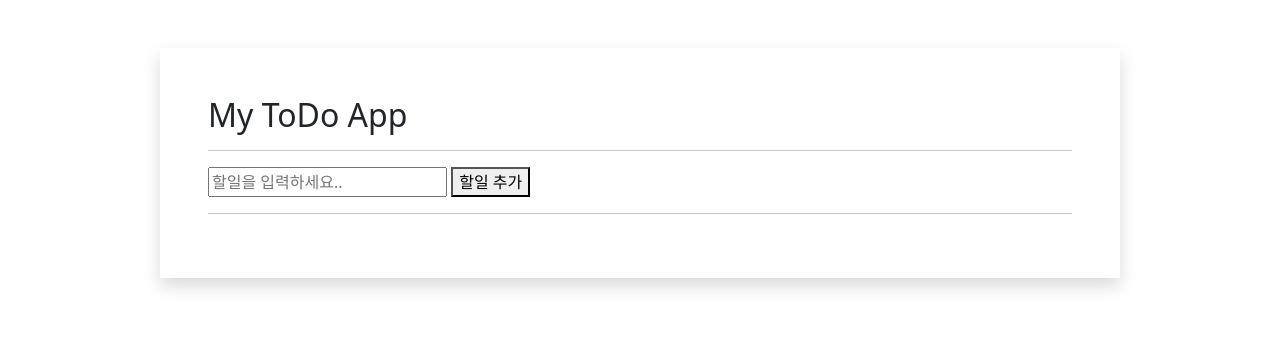
Repository: changhui98/JspBoard
Page: jspProject/src/main/webapp/ch03/todoapp.html
An editor plug-in stored every save of this project. The page is shown before and after the next save, followed by the edit.
The browser window is 1280 px wide. The pictures show the whole page.

Above is the page before, as saved 2024-01-23 16:12:50.

After the next save:
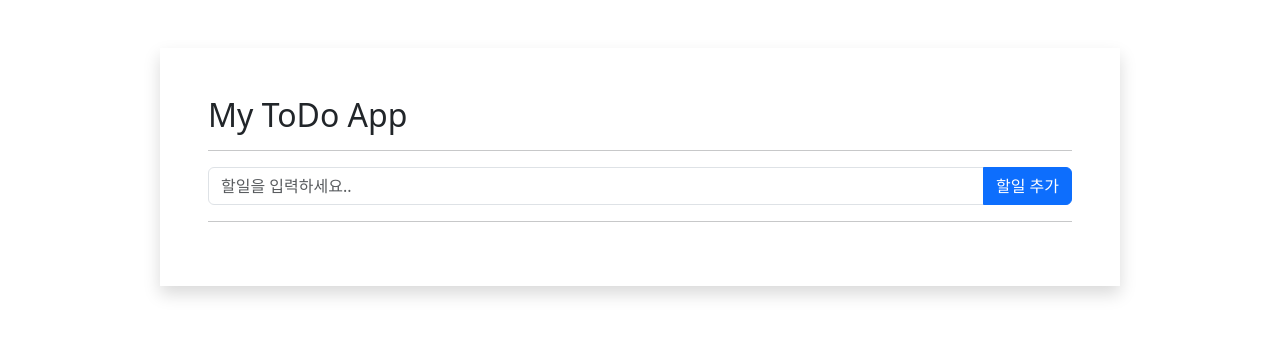
Saved 69 s later.
--- a/jspProject/src/main/webapp/ch03/todoapp.html
+++ b/jspProject/src/main/webapp/ch03/todoapp.html
@@ -9,9 +9,9 @@
 	<div class="container bg-waring shadow mx-auto mt-5 p-5 w-75">
 		<h2>My ToDo App</h2>
 		<hr>
-		<div>
-			<input it="item" type="text" placeholder="할일을 입력하세요..">
-			<button type="button" onclick="addItem()">할일 추가</button>
+		<div class="input-group">
+			<input it="item" class="form-control" type="text" placeholder="할일을 입력하세요..">
+			<button type="button" class="btn btn-primary" onclick="addItem()">할일 추가</button>
 		</div>
 		<hr>
 		<ul id="todolist"></ul>
